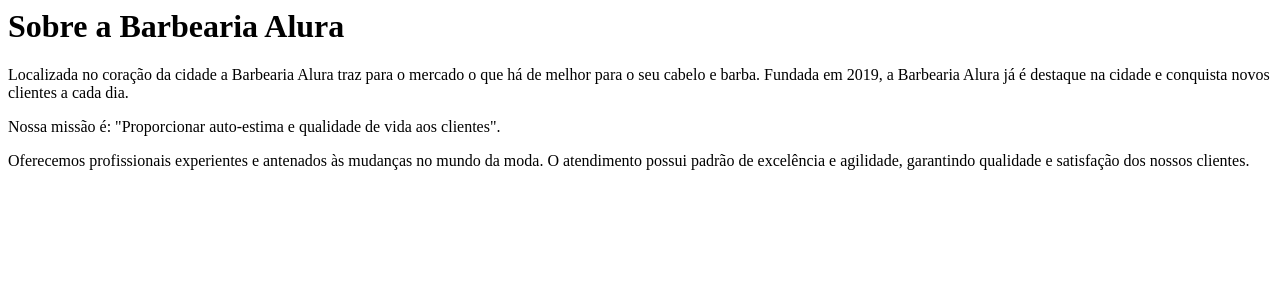
Repository: RenatoCCS/Barbearia_Alura
Page: index.html
The author's editor kept a copy of each file at every save. The page is drawn from the files as they stood at one save, then again after the next save.
The browser window is 1280 px wide. The pictures show the whole page.

Above is the page before, as saved 2022-10-13 21:19:11.

### index.html
<h1>Sobre a Barbearia Alura</h1>

<p>
  Localizada no coração da cidade a <strong></strong> Barbearia Alura traz para
  o mercado o que há de melhor para o seu cabelo e barba. Fundada em 2019, a
  Barbearia Alura já é destaque na cidade e conquista novos clientes a cada dia.
</p>

<p>
  Nossa missão é: "Proporcionar auto-estima e qualidade de vida aos clientes".
</p>

<p>
  Oferecemos profissionais experientes e antenados às mudanças no mundo da moda.
  O atendimento possui padrão de excelência e agilidade, garantindo qualidade e
  satisfação dos nossos clientes.
</p>

After the next save:
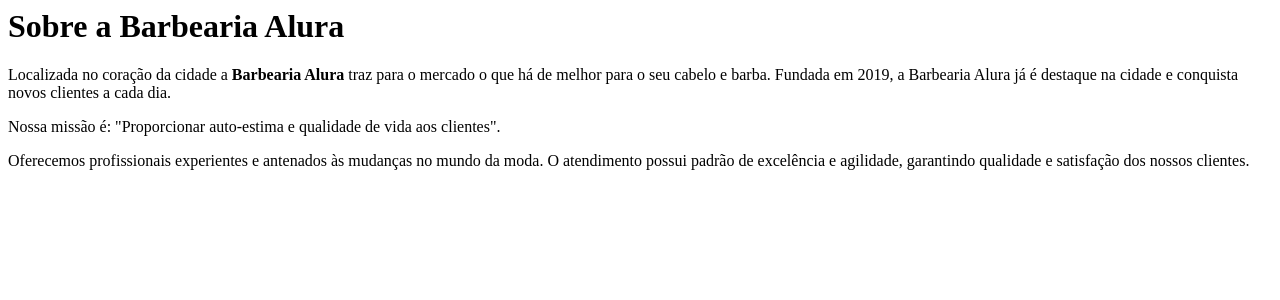
Saved 15 s later.
--- a/index.html
+++ b/index.html
@@ -1,8 +1,8 @@
 <h1>Sobre a Barbearia Alura</h1>
 
 <p>
-  Localizada no coração da cidade a <strong></strong> Barbearia Alura traz para
-  o mercado o que há de melhor para o seu cabelo e barba. Fundada em 2019, a
+  Localizada no coração da cidade a <strong>Barbearia Alura</strong> traz para o
+  mercado o que há de melhor para o seu cabelo e barba. Fundada em 2019, a
   Barbearia Alura já é destaque na cidade e conquista novos clientes a cada dia.
 </p>
 
